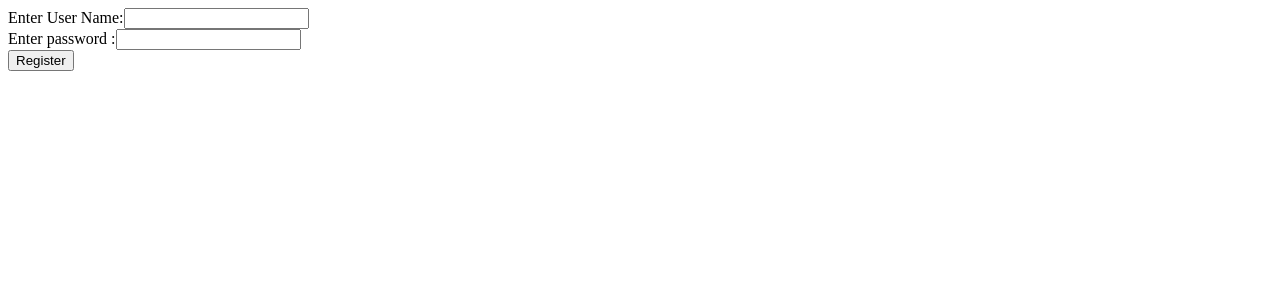
Repository: mugdha97/JSPServlet
Page: http://localhost/com.bridgelabz.loginRegister/Registration.jsp
These files come from the project's save history. The page is drawn as it stood at one moment and after the next save; the edit follows.
The browser window is 1280 px wide. The pictures show the whole page.
The page is served by Tomcat 9.

Above is the page before, as saved 2019-10-18 13:26:10.

After the next save:
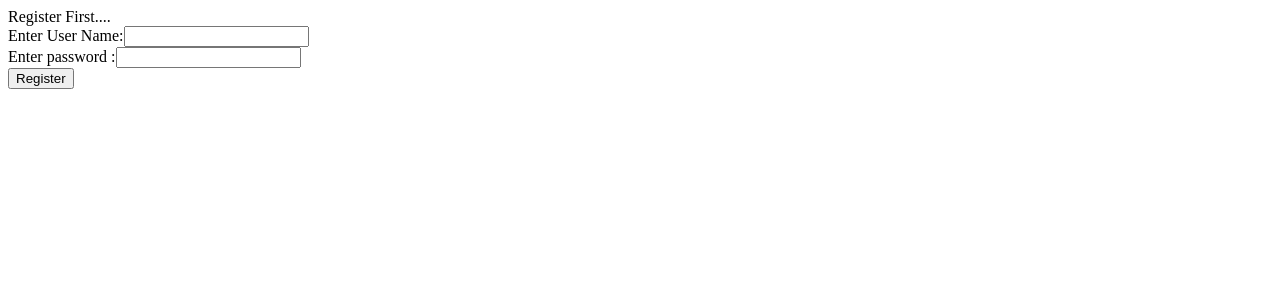
Saved 2 min 6 s later.
--- a/com.bridgelabz.loginRegister/WebContent/Registration.jsp
+++ b/com.bridgelabz.loginRegister/WebContent/Registration.jsp
@@ -7,6 +7,7 @@
 <title>Insert title here</title>
 </head>
 <body>
+Register First....
 <form action="Register" method="post">
 Enter User Name:<input type="text" name="uname"><br>
 Enter password :<input type="password" name="password"><br>
